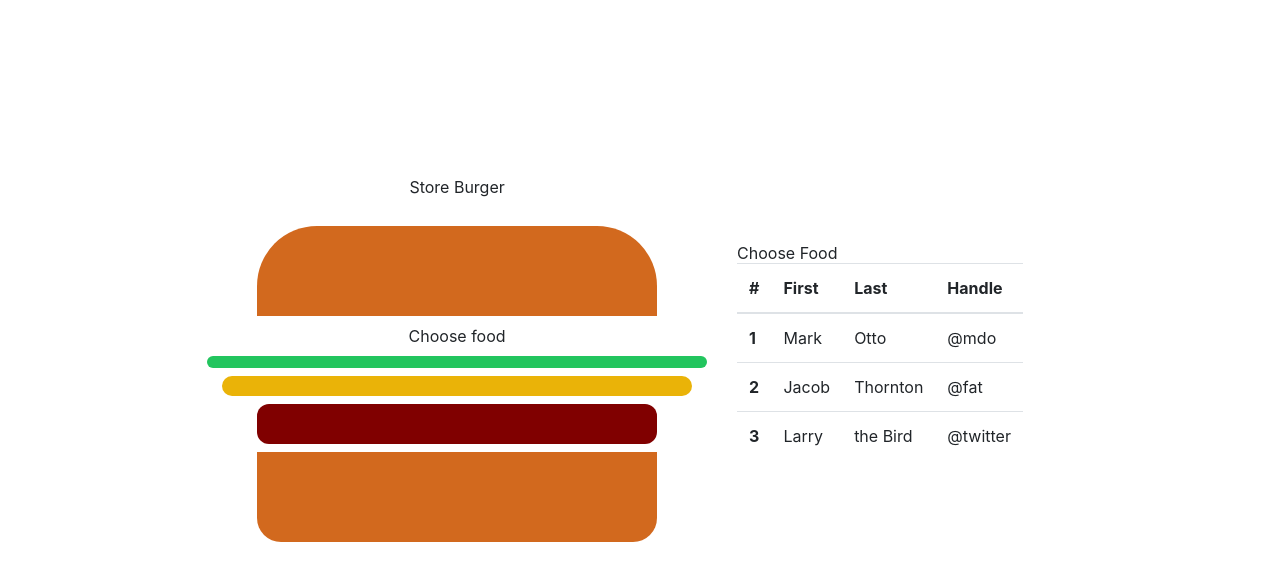
Repository: baobaodeveloper/bootcamp21_HuynhAnhBao_Burger
Page: /
The author's editor kept a copy of each file at every save. The page is drawn from the files as they stood at one save, then again after the next save.
The browser window is 1280 px wide. The pictures show the whole page.
The project was rebuilt for these pictures with package versions that can differ from the ones it lists, and the page was loaded fresh each time. Also part of the build but not shown: vite.config.js.

Above is the page before, as saved 2022-05-15 17:07:37.

After the next save:
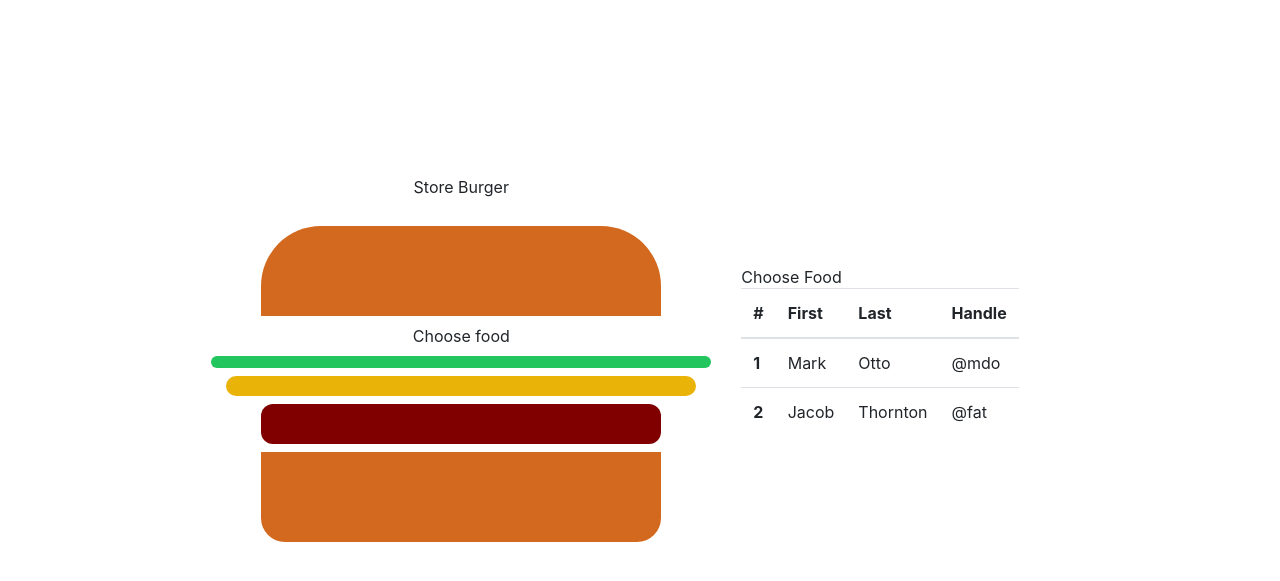
Saved 16 s later.
--- a/src/components/Burger.jsx
+++ b/src/components/Burger.jsx
@@ -42,12 +42,6 @@ export default function Burger() {
                 <td>Thornton</td>
                 <td>@fat</td>
               </tr>
-              <tr>
-                <th scope="row">3</th>
-                <td>Larry</td>
-                <td>the Bird</td>
-                <td>@twitter</td>
-              </tr>
             </tbody>
           </table>
         </div>
